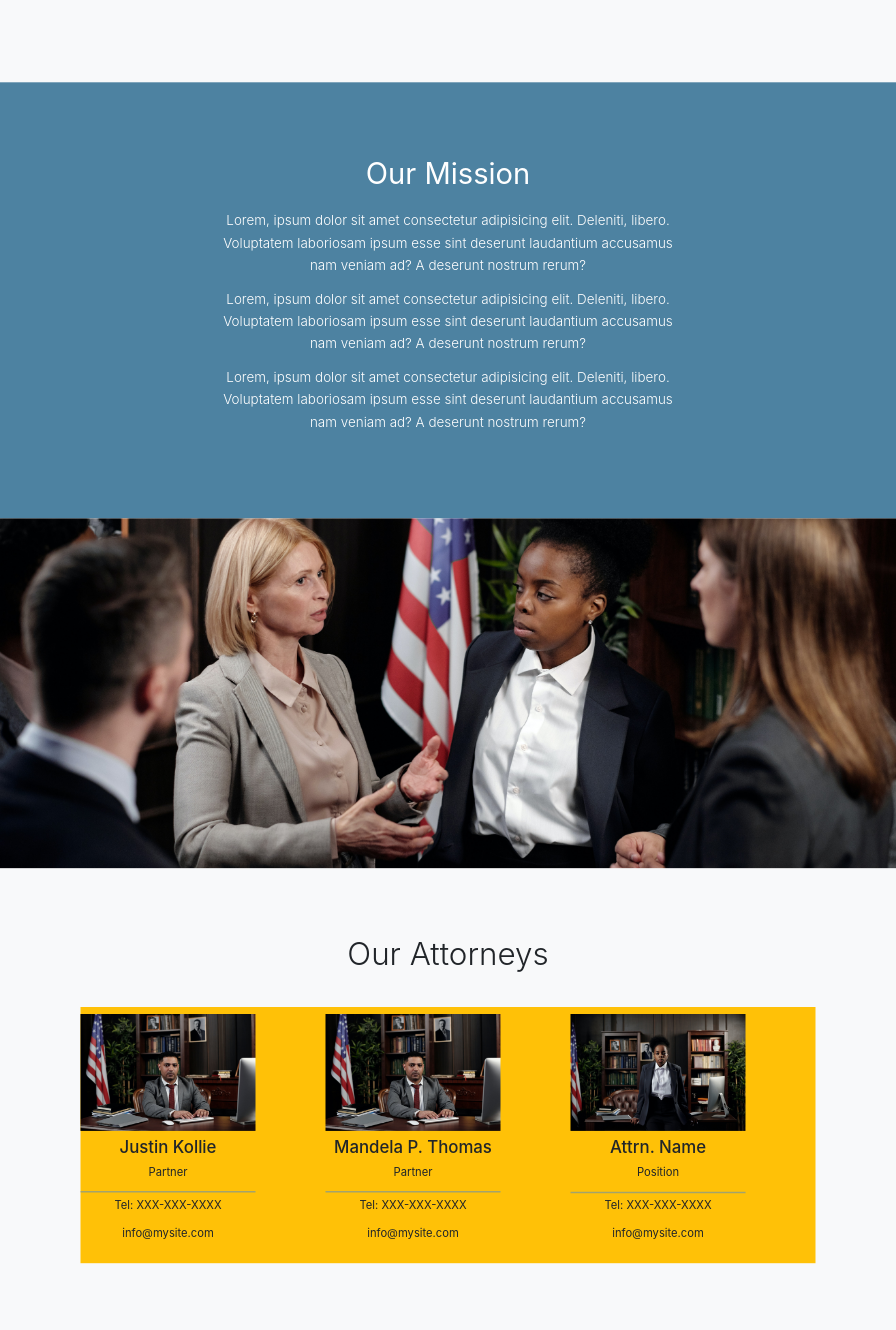
Repository: just-mann/kolllie-kolliellp
Page: index.html
The author's editor kept a copy of each file at every save. The page is drawn from the files as they stood at one save, then again after a run of saves.
The browser window is 1280 px wide. The pictures show the part of the page from y = 1332 to 3232 px (the page is 4556 px tall), at 70% of full size.
Pictures or frames that could not be fetched are drawn as grey boxes. Backgrounds fixed to the window are drawn as part of the page.

Above is the page before, as saved 2021-06-02 05:37:59.

After the next 4 saves:
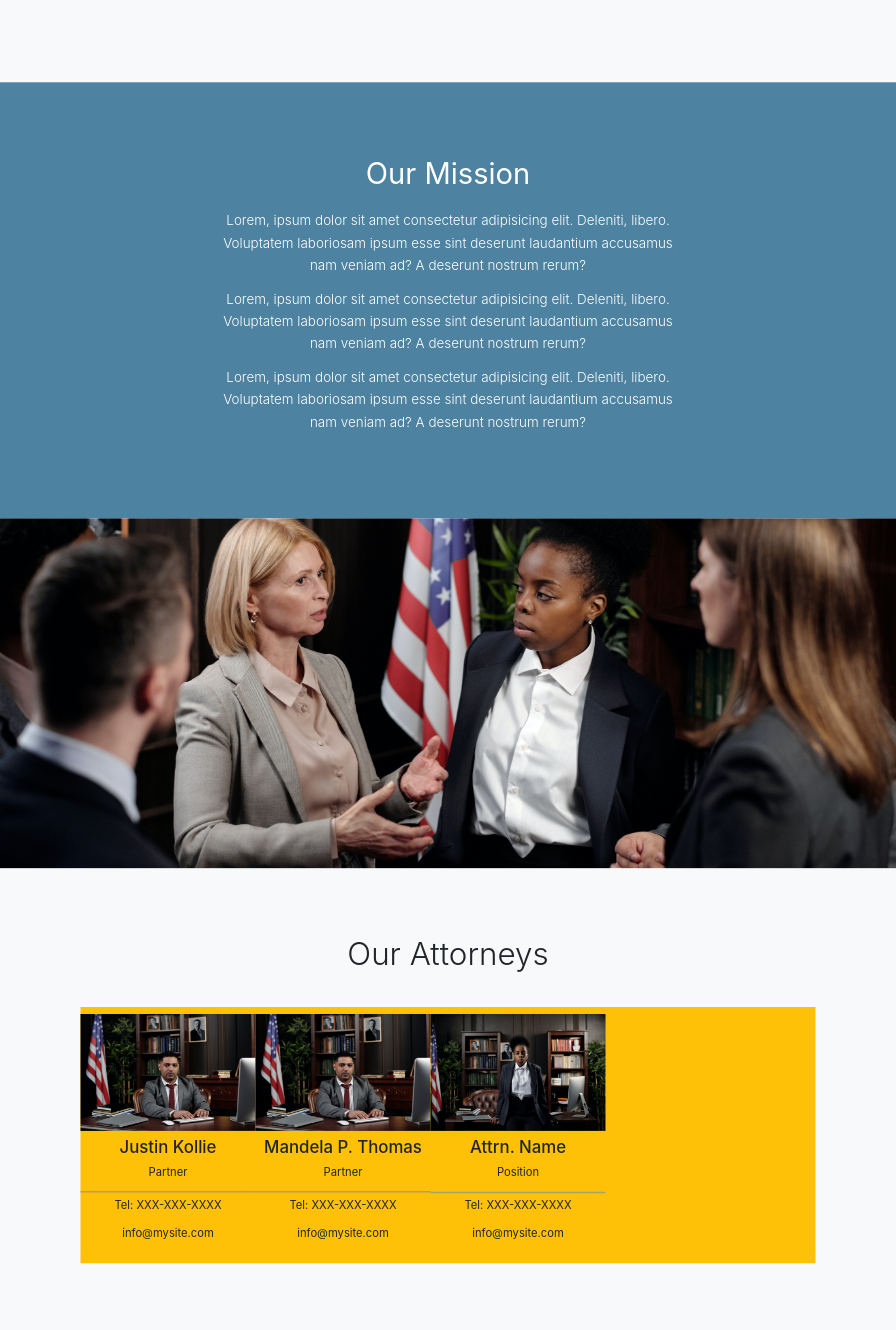
The 4 saves are shown as one change because they came seconds apart.
The last was saved 25 s later.
--- a/assets/css/style.css
+++ b/assets/css/style.css
@@ -262,8 +262,9 @@ form div input, textarea {
     .ourAttorneys .myContainer .attorneysDiv {
         width: 100%;
         margin: 0 auto;
-        display: grid;
-        grid-template-columns: repeat(3, 1fr);
+        display: flex;
+
+        /* grid-template-columns: repeat(3, 1fr); */
     }
 
     .ourAttorneys .myContainer .attorneysDiv .attCard {
